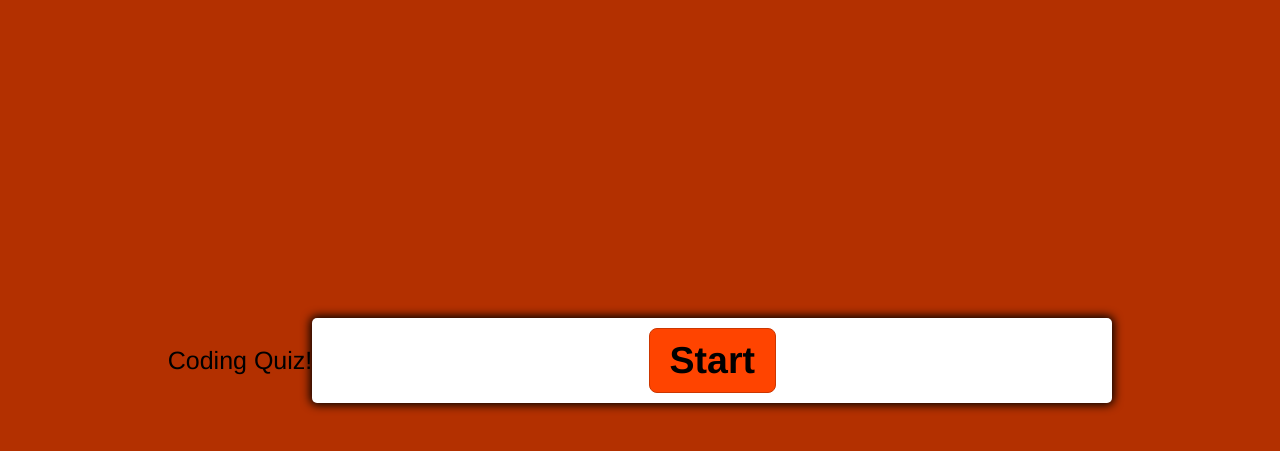
Repository: Vshepard879/Code-Quiz
Page: index.html
The author's editor kept a copy of each file at every save. The page is drawn from the files as they stood at one save, then again after the next save.
The browser window is 1280 px wide. The pictures show the whole page.

Above is the page before, as saved 2022-03-18 05:24:37.

### index.html
<!DOCTYPE html>
<html lang="en">
<head>
    <meta charset="UTF-8">
    <meta http-equiv="X-UA-Compatible" content="IE=edge">
    <meta name="viewport" content="width=device-width, initial-scale=1.0">
    <link href="./assets/css/style.css" link rel="stylesheet">
    <script defer src="./assets/js/script.js"></script>
    <title>Quiz App</title>
</head>

<body>
    <header>Coding Quiz!</header>
    <div class="container">
        <div id="question-container" class="hide">
                <div id="question">Question</div>
                <div id="answer-buttons" class="btn-grid">
                <button class="btn">Answer 1</button>
                <button class="btn">Answer 2</button>
                <button class="btn">Answer 3</button>
                <button class="btn">Answer 4</button>
            </div>
        </div>
        <div class="controls">
            <button id="start-btn" class="start-btn btn">Start</button>
            <button id="next-btn" class="next-btn btn hide">Next</button>
        </div>
    </div>
</body>
</html>

### assets/css/style.css
*, *::before, *::after {
    box-sizing: border-box;
    font-family: 'Franklin Gothic Medium', 'Arial Narrow', Arial, sans-serif;
    font-size: 25px;
}

:root {
    --hue-neutral: 16;
    --hue-wrong: 0;
    --hue-correct: 145;
}
body {
    --hue: var(--hue-neutral);
    padding: 0;
    margin: 0;
    display: flex;
    width: 100vw;
    height: 100vh;
    justify-content:center;
    align-items:center;
    background-color:hsl(var(--hue), 100%, 35%);
}


body.correct {
    --hue: var(--hue-correct);
}

body.wrong {
    --hue: var(--hue-wrong);
}


.container {
    width: 800px;
    max-width: 70%;
    background-color: white;
    border-radius: 5px;
    padding: 10px;
    box-shadow: 0 0 10px 2px;
}

.btn-grid {
    display: grid;
    grid-template-columns: repeat(2, auto);
    gap: 15px;
    margin: 20px 0;
}


.btn {
    --hue: var(--hue-neutral);
    border: 1px solid hsl(var(--hue),100%, 40%);
    background-color: hsl(var(--hue), 100%, 50%);
    border-radius: 8px;
    padding: 5px 10px;
    color: black;
    outline: none;
}

.btn:hover {
    border-color: black;
}

.btn.correct {
    --hue: var(--hue-correct)
}

.btn.wrong {
    --hue: var(--hue-wrong)
}

.start-btn, .next-btn {
    font-size: 1.5rem;
    font-weight: bold;
    padding: 10px 20px;
}

.controls {
    display: flex;
    justify-content: center;
    align-items: center;
    gap: 5px;
}

.hide {
    display: none;
}

### assets/js/script.js
const startButton = document.getElementById('start-btn')
const nextButton = document.getElementById('next-btn')
const questionContainerElement = document.getElementById('question-container')
const questionElement = document.getElementById( 'question')
const answerButtonsElement = document.getElementById('answer-buttons')
let shuffledQuestions, currentQuestionIndex

startButton.addEventListener('click', startQuiz)
nextButton.addEventListener('click', () => {
    currentQuestionIndex++
    setNextQuestion()
})
function startQuiz() {
startButton.classList.add('hide')
 shuffledQuestions = questions.sort(() => Math.random() - .5)
currentQuestionIndex = 0
questionContainerElement.classList.remove('hide')
setNextQuestion()
}

function setNextQuestion() {
    resetState()
    showQuestion(shuffledQuestions[currentQuestionIndex])
    }
function showQuestion(question) {
    questionElement.innerText =question.question
    question.answers.forEach(answer => {
        const button = document.createElement('button')
        button.innerText = answer.text
        button.classList.add('btn')
      if   (answer.correct) {
          button.dataset.correct = answer.correct
      }
      button.addEventListener('click', selectAnswer)
      answerButtonsElement.appendChild(button)
    })
}

function resetState() {
    nextButton.classList.add('hide')
    while (answerButtonsElement.firstChild) {
        answerButtonsElement.removeChild
        (answerButtonsElement.firstChild)
    }
}
function selectAnswer(v) {
const selectedButton = v.target
const correct =selectedButton.dataset.correct
setStatusClass(document.body, correct)
Array.from(answerButtonsElement.children).forEach(button => {
    setStatusClass(button, button.dataset.correct)
})
if (shuffledQuestions.length > currentQuestionIndex +1) {
    nextButton.classList.remove('hide')
} else {
    startButton.innerText = 'Restart'
    startButton.classList.remove('hide')
}
nextButton.classList.remove('hide')
}

function setStatusClass(element, correct) {
    clearStatusClass(element)
    if (correct) {
        element.classList.add('correct')
    } else {
        element.classList.add('wrong')
    }

    function clearStatusClass(element) {
        element.classList.remove('correct')
        element.classList.remove('wrong')
    }

}

const questions = [
    {
        question: 'Which of these is not one of the 3 Initial coding languages?',
        answers: [
            { text:'Python', correct: true},
            { text:'HTML', correct: false},
            { text:'CSS', correct: false},
            { text:'JavaScript', correct: false},
        ]
    },
    {
        question: 'What does the C in CSS stand for?',
        answers: [
            { text:'Chocolate', correct: false},
            { text:'Corporate', correct: false},
            { text:'Cascading', correct: true},
            { text:'Computer', correct: false},
        ]
    },
    {
        question: 'Arrays in Javascript can be used to store?',
        answers: [
            { text:'Numbers and Strings', correct: false},
            { text:'Booleans', correct: false},
            { text:'Other Arrays', correct: false},
            { text:'All of the above', correct: true},
        ]
    },
    {
        question: 'The condition in an if/else statement are store in?',
        answers: [
            { text:'Parenthesis', correct: true},
            { text:'curly brackets', correct: false},
            { text:'brackets', correct: false},
            { text:'commas', correct: false},
        ]},
        {
            question: 'A very useful tool during the development and debugging stage used to print to the debugger is?',
            answers: [
                { text:'Array', correct: false},
                { text:'.dataset', correct: false},
                { text:'console.log', correct: true},
                { text:'=>', correct: false},
            ]},
            {
                question: 'Commonly used data types do not include?',
                answers: [
                    { text:'Booleans', correct: false},
                    { text:'Strings', correct: false},
                    { text:'Numbers', correct: false},
                    { text:'Alerts', correct: true},
                ]},
            ]

After the next save:
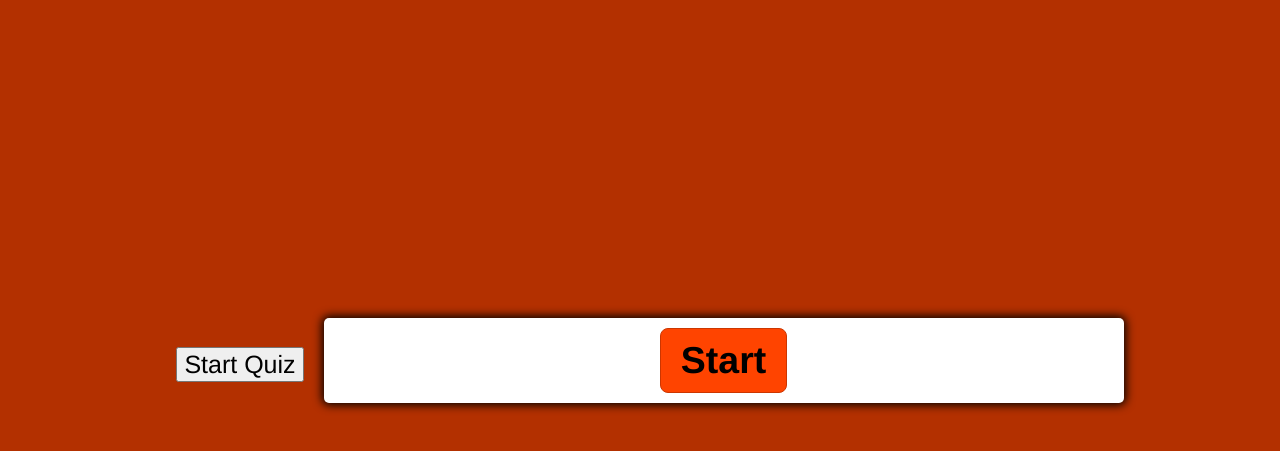
Saved 6 min 47 s later.
--- a/index.html
+++ b/index.html
@@ -10,7 +10,8 @@
 </head>
 
 <body>
-    <header>Coding Quiz!</header>
+    <!--Start Quiz Button-->
+    <div class="start-btn"><button>Start Quiz</button></div>
     <div class="container">
         <div id="question-container" class="hide">
                 <div id="question">Question</div>
